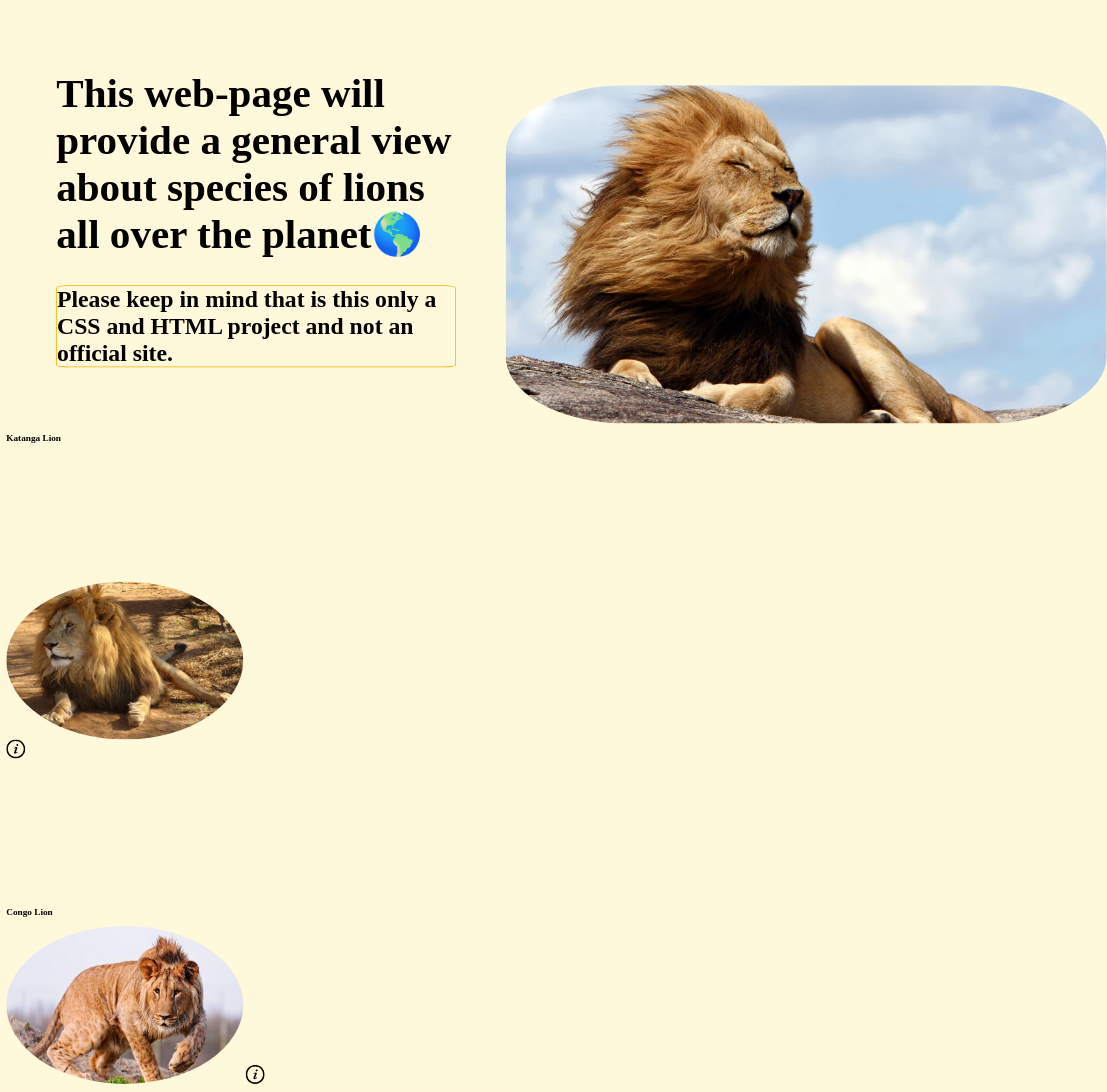
Repository: GeorgeManias/lions_project
Page: index.html
These files come from the project's save history. The page is drawn as it stood at one moment and after the next save; the edit follows.
The browser window is 1280 px wide. The page is 1401 px wide, so the pictures cover 1401 px, including what lies to the right of the window. The pictures show the whole page, at 79% of full size.

Above is the page before, as saved 2021-11-03 20:10:10.

### index.html
<!DOCTYPE html>
<html lang="en">
  <head>
    <link rel="stylesheet" href="index.css" />
    <link
      href="https://fonts.googleapis.com/css2?family=Roboto:ital@1&display=swap"
      rel="stylesheet"
    />
    <title>King of the Jungle</title>
  </head>
  <div class="container">
    <!--This will be the container fro the main_page-->

    <body>
      <!--Class above will support the grid between header and main photo-->
      <div class="headers_and_mainphoto">
        <header>
          <!--This area will be for the upper body part-->
          <h1 class="main_header">
            This web-page will provide a general view about species of lions all
            over the planet🌎
          </h1>
          <h2 class="project_header">
            Please keep in mind that is this only a CSS and HTML project and not
            an official site.
          </h2>
        </header>
        <img
          src="pictures/main_lion.jpg"
          alt="main_lion_photo"
          class="main_photo"
        />
      </div>
      <div class="grid_with_6_pictures">
        <!--Katanga_Lion_Start-->
        <h3 id="katanga_title_cord" class="titles_6">Katanga Lion</h3>
        <img
          src="pictures/katanga_lion.jpg"
          alt="katanga_lion"
          id="katanga_img_cord"
          class="img_6"
        />
        <svg
          id="katanga_info_cord"
          class="info_svg"
          xmlns="http://www.w3.org/2000/svg"
          width="24"
          height="24"
          viewBox="0 0 24 24"
        >
          <path
            d="M12 2c5.514 0 10 4.486 10 10s-4.486 10-10 10-10-4.486-10-10 4.486-10 10-10zm0-2c-6.627 0-12 5.373-12 12s5.373 12 12 12 12-5.373 12-12-5.373-12-12-12zm-2.033 16.01c.564-1.789 1.632-3.932 1.821-4.474.273-.787-.211-1.136-1.74.209l-.34-.64c1.744-1.897 5.335-2.326 4.113.613-.763 1.835-1.309 3.074-1.621 4.03-.455 1.393.694.828 1.819-.211.153.25.203.331.356.619-2.498 2.378-5.271 2.588-4.408-.146zm4.742-8.169c-.532.453-1.32.443-1.761-.022-.441-.465-.367-1.208.164-1.661.532-.453 1.32-.442 1.761.022.439.466.367 1.209-.164 1.661z"
          />
        </svg>
        <!--Katanga_Lion_End-->
      </div>
           <!--Congo_Lion_Start-->
        <h3 id="congo_title_cord" class="titles_6">Congo Lion</h3>
        <img
          src="pictures/congo_lion.jpg"
          alt="congo_lion"
          id="congo_img_cord"
          class="img_6"
        />
        <svg
          id="congo_info_cord"
          class="info_svg"
          xmlns="http://www.w3.org/2000/svg"
          width="24"
          height="24"
          viewBox="0 0 24 24"
        >
          <path
            d="M12 2c5.514 0 10 4.486 10 10s-4.486 10-10 10-10-4.486-10-10 4.486-10 10-10zm0-2c-6.627 0-12 5.373-12 12s5.373 12 12 12 12-5.373 12-12-5.373-12-12-12zm-2.033 16.01c.564-1.789 1.632-3.932 1.821-4.474.273-.787-.211-1.136-1.74.209l-.34-.64c1.744-1.897 5.335-2.326 4.113.613-.763 1.835-1.309 3.074-1.621 4.03-.455 1.393.694.828 1.819-.211.153.25.203.331.356.619-2.498 2.378-5.271 2.588-4.408-.146zm4.742-8.169c-.532.453-1.32.443-1.761-.022-.441-.465-.367-1.208.164-1.661.532-.453 1.32-.442 1.761.022.439.466.367 1.209-.164 1.661z"
          />
        </svg>
        <!--Congo_Lion_End-->
      </div>
    </body>
  </div>
</html>

<!--1
  Katanga lion
  Congo Lion
  Transvaal lion
  East African lion
  Asiatic lion
  West African lion

-->

### index.css
/*

--- 01 TYPOGRAPHY SYSTEM

- Font sizes (px)
10 / 12 / 14 / 16 / 18 / 20 / 24 / 30 / 36 / 44 / 52 / 62 / 74 / 86 / 98

- Font weights
Default: 400
Medium: 500
Semi-bold: 600
Bold: 700

- Line heights
Default: 1
Small: 1.05
Medium: 1.2
Paragraph default: 1.6

- Letter spacing
-0.5px
0.75px

--- 02 COLORS

- Primary: ##fab005
- Tints:
#fff9db

- Shades:


- Accents:
- Greys

#888
#767676 (lightest grey allowed on #fff)
#6f6f6f (lightest grey allowed on #fdf2e9)
#555
#333

--- 05 SHADOWS

0 2.4rem 4.8rem rgba(0, 0, 0, 0.075);

--- 06 BORDER-RADIUS

Default: 9px
Medium: 11px

--- 07 WHITESPACE

- Spacing system (px)
2 / 4 / 8 / 12 / 16 / 24 / 32 / 48 / 64 / 80 / 96 / 128
*/

html {
  /*εδώ βάζω το 10 με σκοπο το αλλο να έχει ευκολο πολαπλασσιο του rem*/
  font-size: 10px;
  margin-left: 0%;
  margin-right: 0%;
}

body {
  background-color: #fff9db;
}

header {
  margin-left: 10%;
  margin-right: 10%;
}

.main_header {
  font-size: 5.2rem;
}

.project_header {
  font-size: 3rem;
  border: 0.1rem solid #fab005;
  border-radius: 3%;
}

.headers_and_mainphoto {
  /*Αυτο το πεδίο αναφέρεται στο grid*/
  display: grid;
  grid-template-columns: 50% 50%;
  align-items: center;
}

.grid_with_6_pictures {
  display: grid;
  grid-template-columns: 1fr 1fr 1fr;
  grid-template-rows: 1fr 1fr 1fr;
}

.main_photo {
  width: 761px;
  margin-top: 100px;
  border-radius: 20%;
}

.img_6 {
  width: 300px;
  height: 200px;
  border-radius: 50%;
}

/*//////////////////////////////////////////////////////////////////////////////////////////////////////////////////////////////////////////////////////////////////*/
/*Katanga Lion Cord Start*/
#katanga_title_cord {
  grid-column: 1/2;
  grid-row: 1/2;
}
#katanga_img_cord {
  grid-column: 1/2;
  grid-row: 2/3;
}

#katanga_info_cord {
  grid-column: 1/2;
  grid-row: 3/4;
}
/*Katanga Lion Cord End*/

/*Congo Lion Cord Start*/
#congo_title_cord {
  grid-column: 2/3;
  grid-row: 1/2;
}
#congo_img_cord {
  grid-column: 2/3;
  grid-row: 2/3;
}

#congo_info_cord {
  grid-column: 2/3;
  grid-row: 3/4;
}
/*Congo Lion Cord End*/

After the next save:
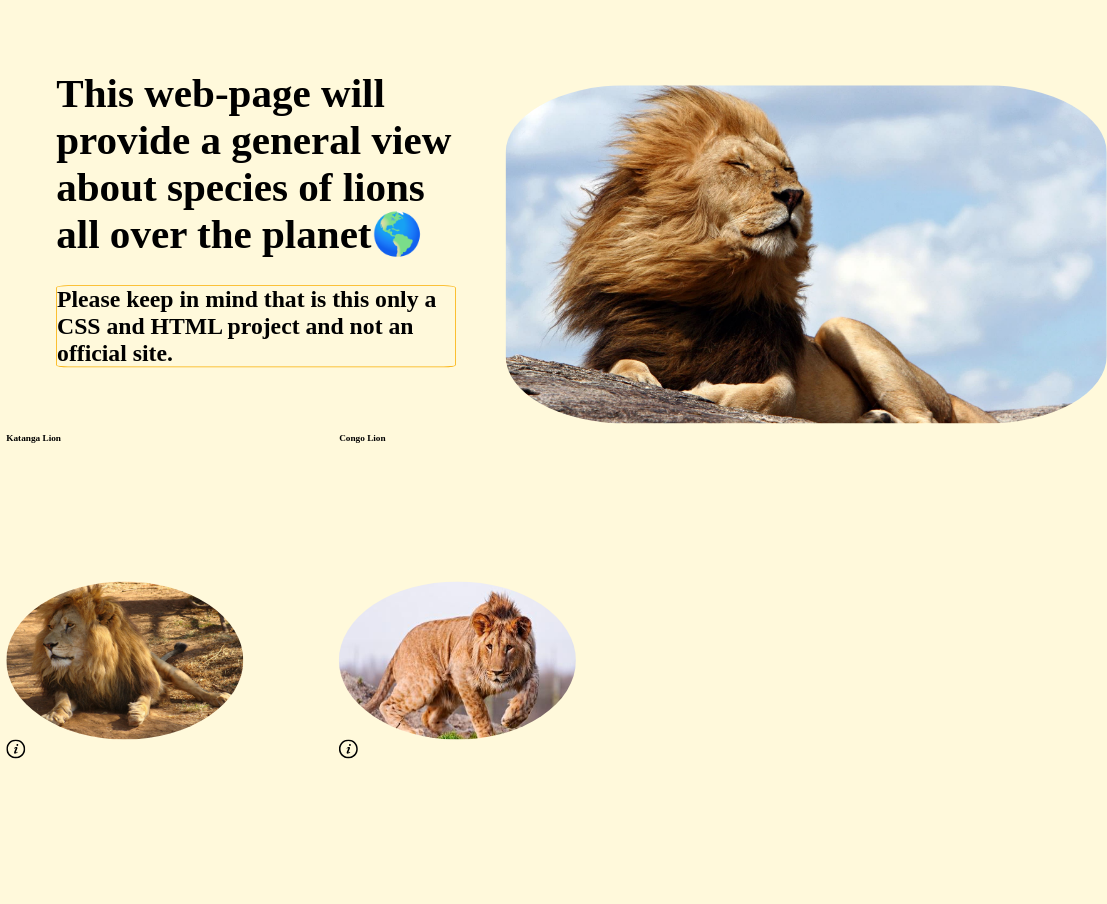
Saved 10 s later.
--- a/index.html
+++ b/index.html
@@ -53,8 +53,8 @@
           />
         </svg>
         <!--Katanga_Lion_End-->
-      </div>
-           <!--Congo_Lion_Start-->
+
+        <!--Congo_Lion_Start-->
         <h3 id="congo_title_cord" class="titles_6">Congo Lion</h3>
         <img
           src="pictures/congo_lion.jpg"
